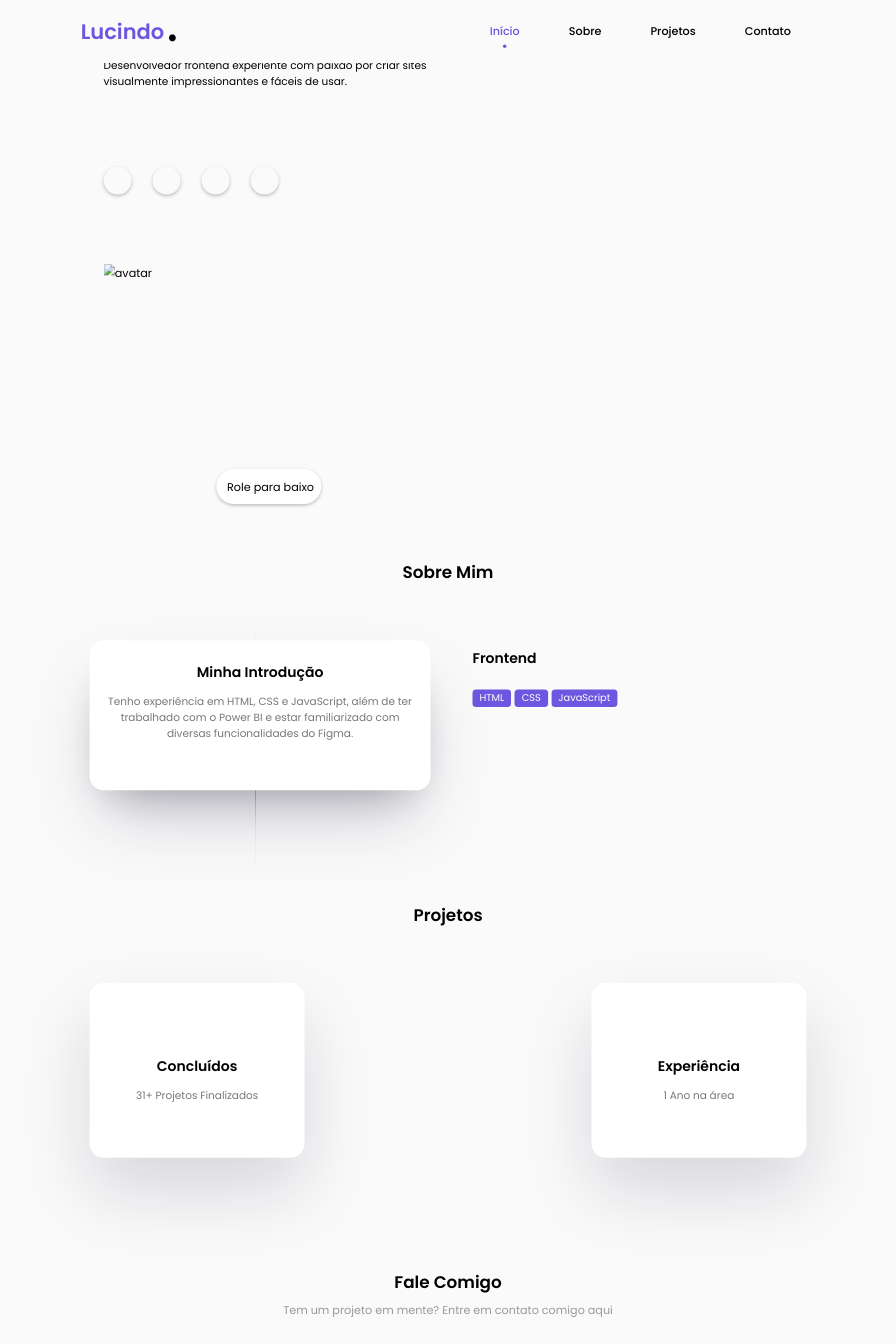
Repository: Matheus904-12/PrePortf
Page: index.html
These files come from the project's save history. The page is drawn as it stood at one moment and after a run of saves; the edit follows.
The browser window is 1280 px wide. The pictures show the part of the page from y = 0 to 1920 px (the page is 2683 px tall), at 70% of full size.
Some icons come from a web library that is not loaded, so they are not drawn.

Above is the page before, as saved 2023-09-29 12:05:05.
Not found: Sem.png

After the next 8 saves:
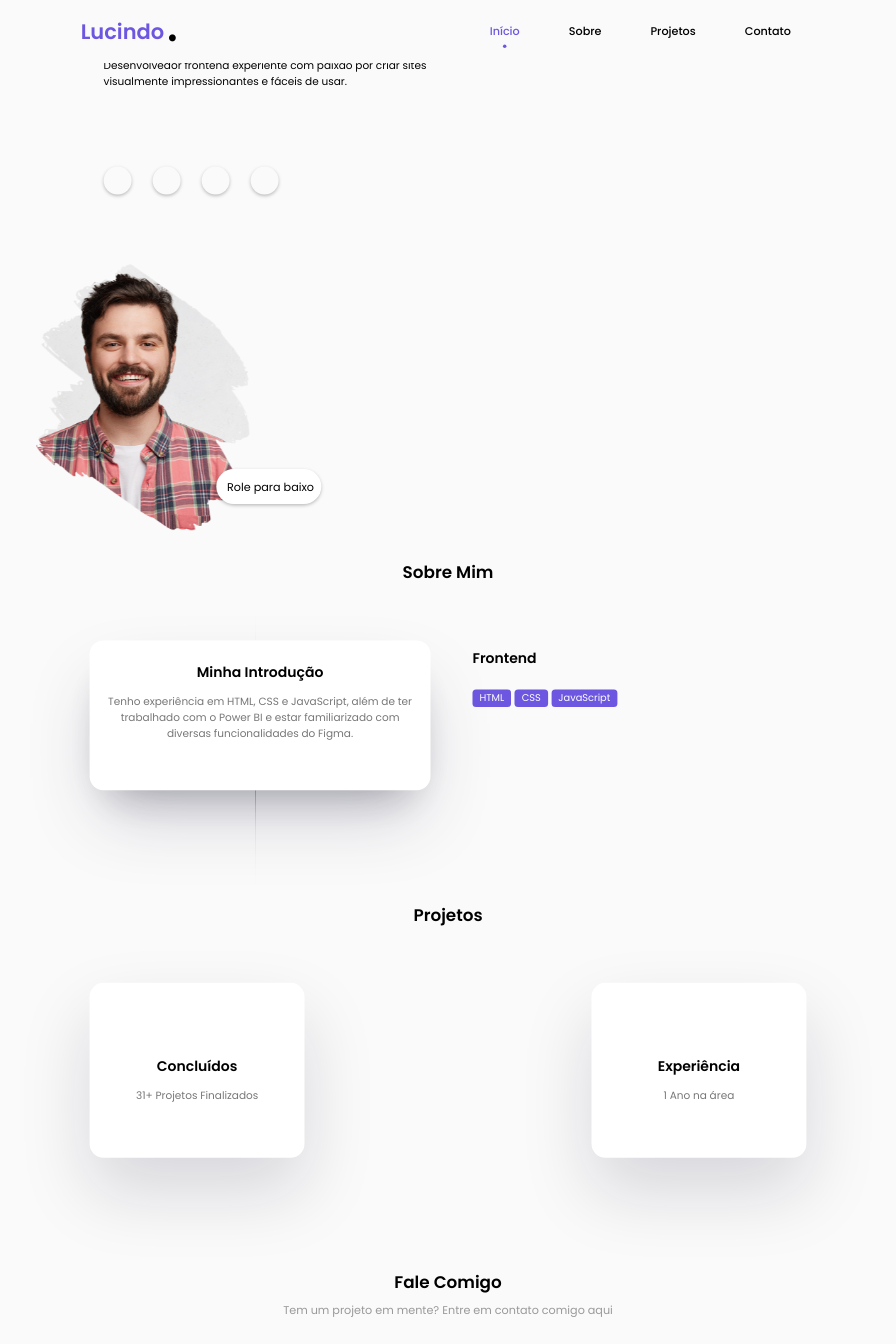
The 8 saves are shown as one change because they came seconds apart.
The last was saved 2 min 46 s later.
--- a/index.html
+++ b/index.html
@@ -75,7 +75,7 @@
 
                 <div class="featured-image">
                     <div class="image">
-                        <img src="Sem.png" alt="avatar">
+                        <img src="profile.png" alt="avatar">
                     </div>
                 </div>
                 <div class="scroll-icon-box">
